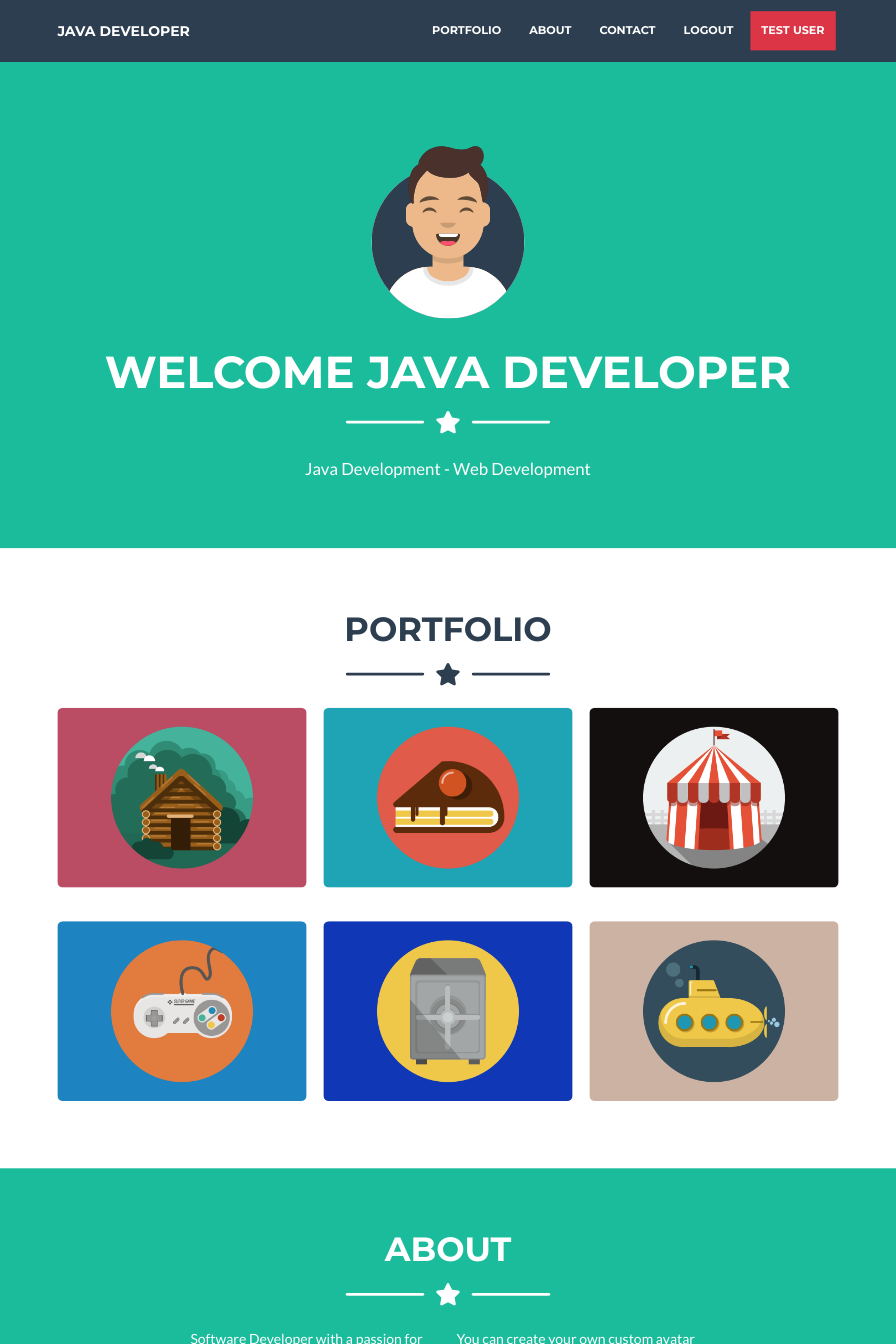
Repository: DeveloperHarish98/Portfolio-Website-With-Sign-Up-Login-Page
Page: http://localhost/signupProject/
The author's editor kept a copy of each file at every save. The page is drawn from the files as they stood at one save, then again after the next save.
The browser window is 1280 px wide. The pictures show the part of the page from y = 0 to 1920 px (the page is 3532 px tall), at 70% of full size.
The page is served by Tomcat 9. The session is filled in as if someone had signed in: {"name": "Test User"}.

Above is the page before, as saved 2024-10-23 09:33:18.

After the next save:
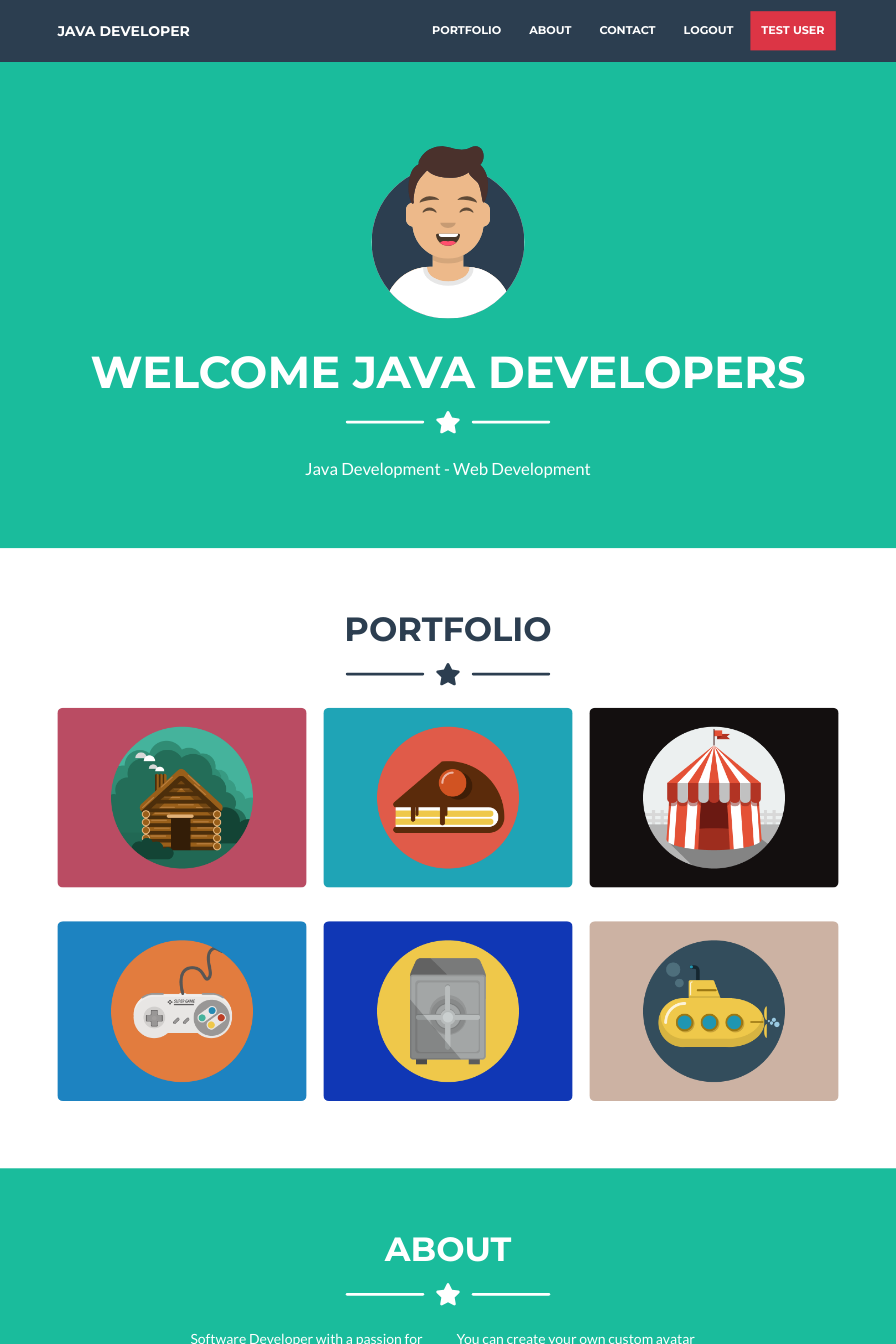
Saved 7 min 55 s later.
--- a/signupProject/src/main/webapp/index.jsp
+++ b/signupProject/src/main/webapp/index.jsp
@@ -64,7 +64,7 @@
 			<img class="masthead-avatar mb-5" src="assets/img/avataaars.svg"
 				alt="..." />
 			<!-- Masthead Heading-->
-			<h1 class="masthead-heading text-uppercase mb-0">Welcome Java Developer</h1>
+			<h1 class="masthead-heading text-uppercase mb-0">Welcome Java Developers</h1>
 			<!-- Icon Divider-->
 			<div class="divider-custom divider-light">
 				<div class="divider-custom-line"></div>
